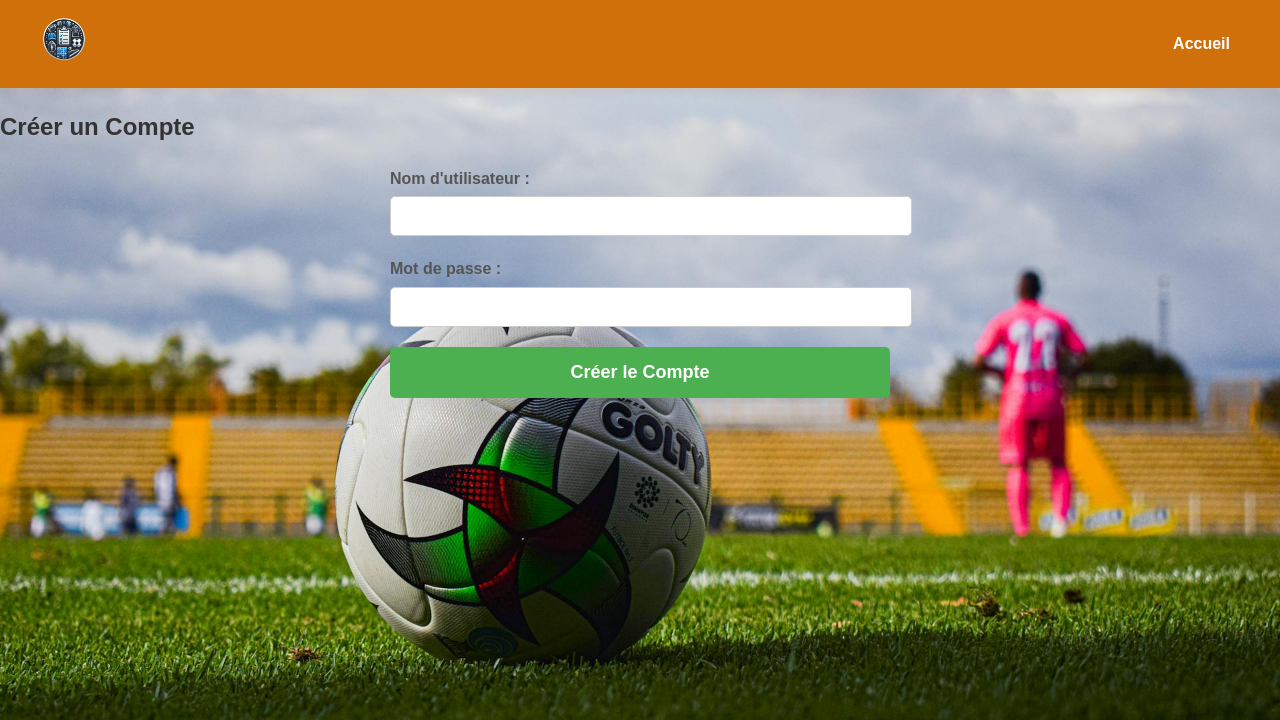
Repository: iisloomx/R401_MiniProjet
Page: http://localhost/controllers/InscriptionController.php
These files come from the project's save history. The page is drawn as it stood at one moment and after the next save; the edit follows.
The browser window is 1280 px wide. The pictures show the whole page.
The page is run by PHP 8.4 with error messages shown; the project is at /var/www/html/.

Above is the page before, as saved 2025-01-19 15:56:21.

After the next save:
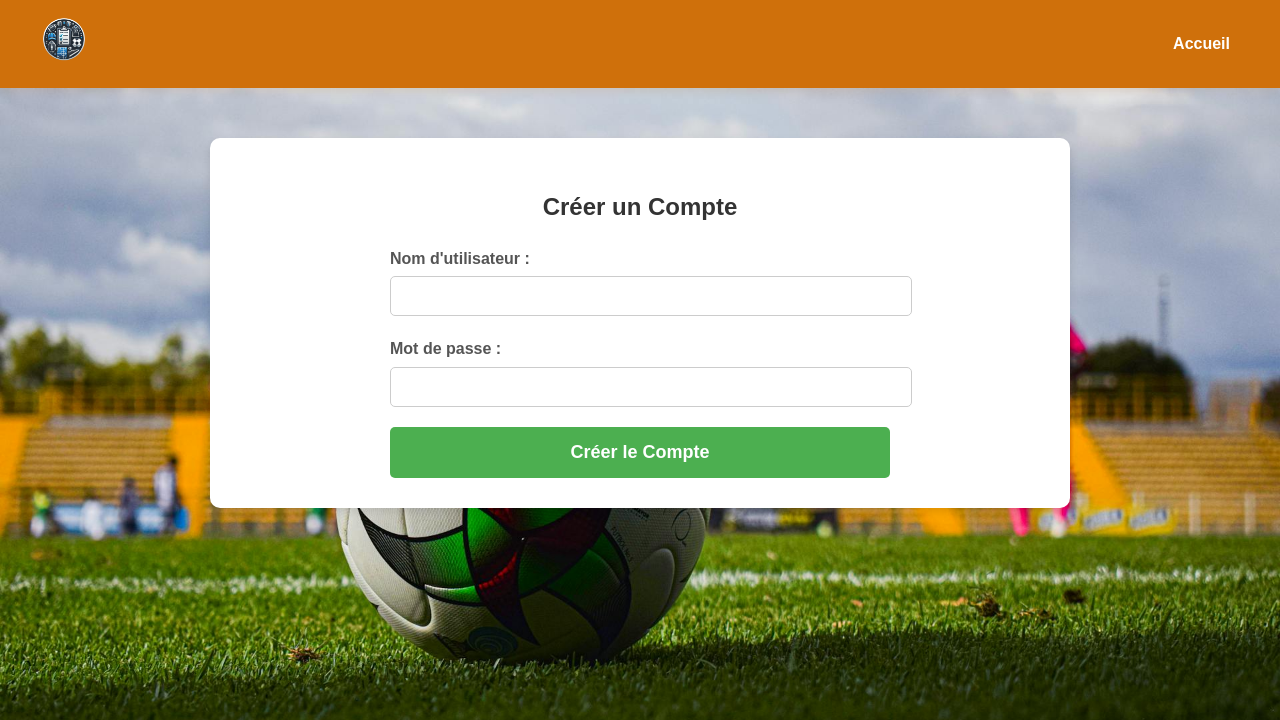
Saved 6 min 26 s later.
--- a/views/inscription.php
+++ b/views/inscription.php
@@ -8,7 +8,7 @@
     <link rel="stylesheet" href="/MiniprojetR3.01/views/css/style.css">
 </head>
 <body>
-    <div class="form-container">
+    <div class="container">
         <h2>Créer un Compte</h2>
         <?php if (isset($erreur)) : ?>
             <p class="error-message"><?= htmlspecialchars($erreur) ?></p>
